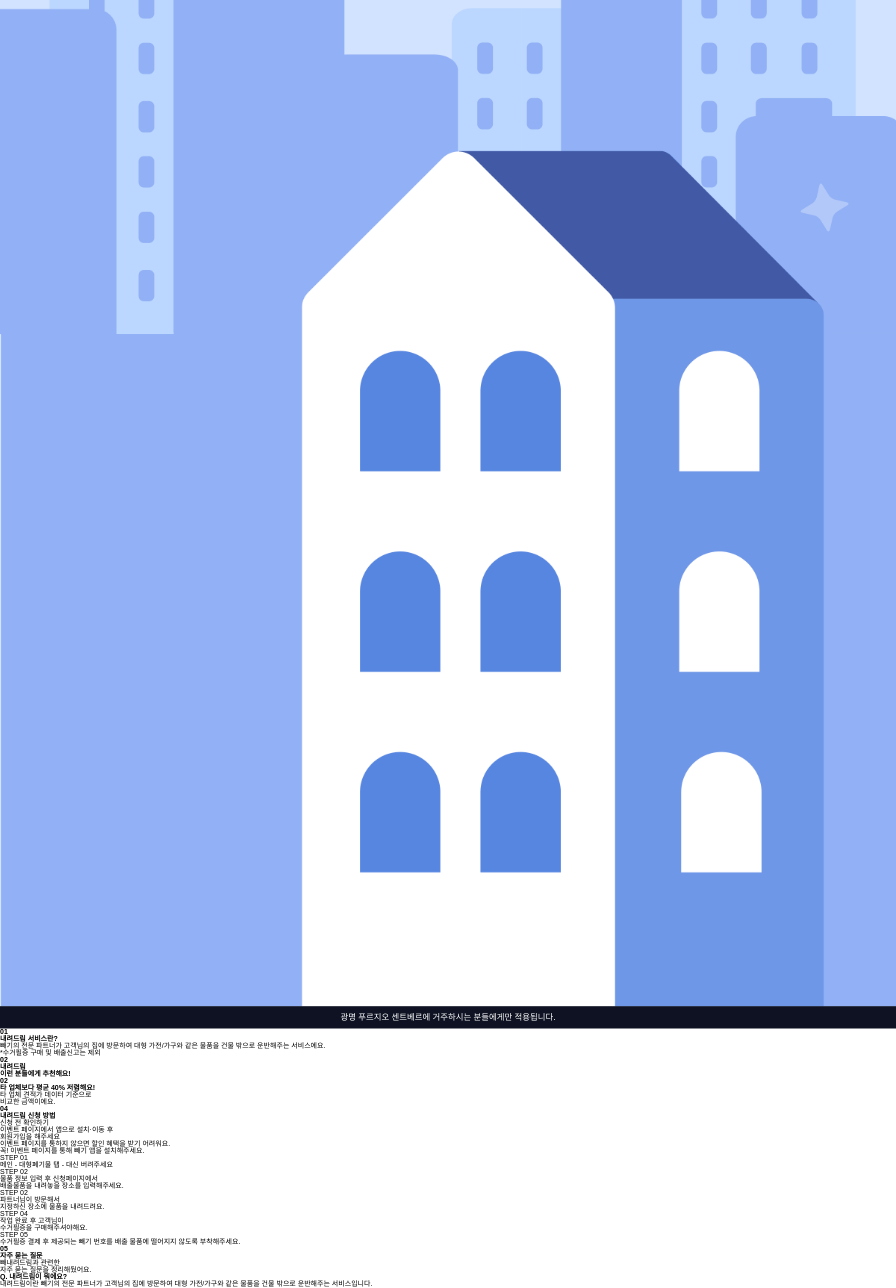
Repository: seraLeeDev/lgthinq-test
Page: index2.html
The author's editor kept a copy of each file at every save. The page is drawn from the files as they stood at one save, then again after the next save.
The browser window is 1280 px wide. The pictures show the part of the page from y = 2005 to 3925 px (the page is 3845 px tall before and 3925 px after), at 70% of full size.
Some web fonts or font styles are not loaded; a fallback is used.

Above is the page before, as saved 2023-03-14 11:53:21.
Console error: ReferenceError: AOS is not defined

After the next save:
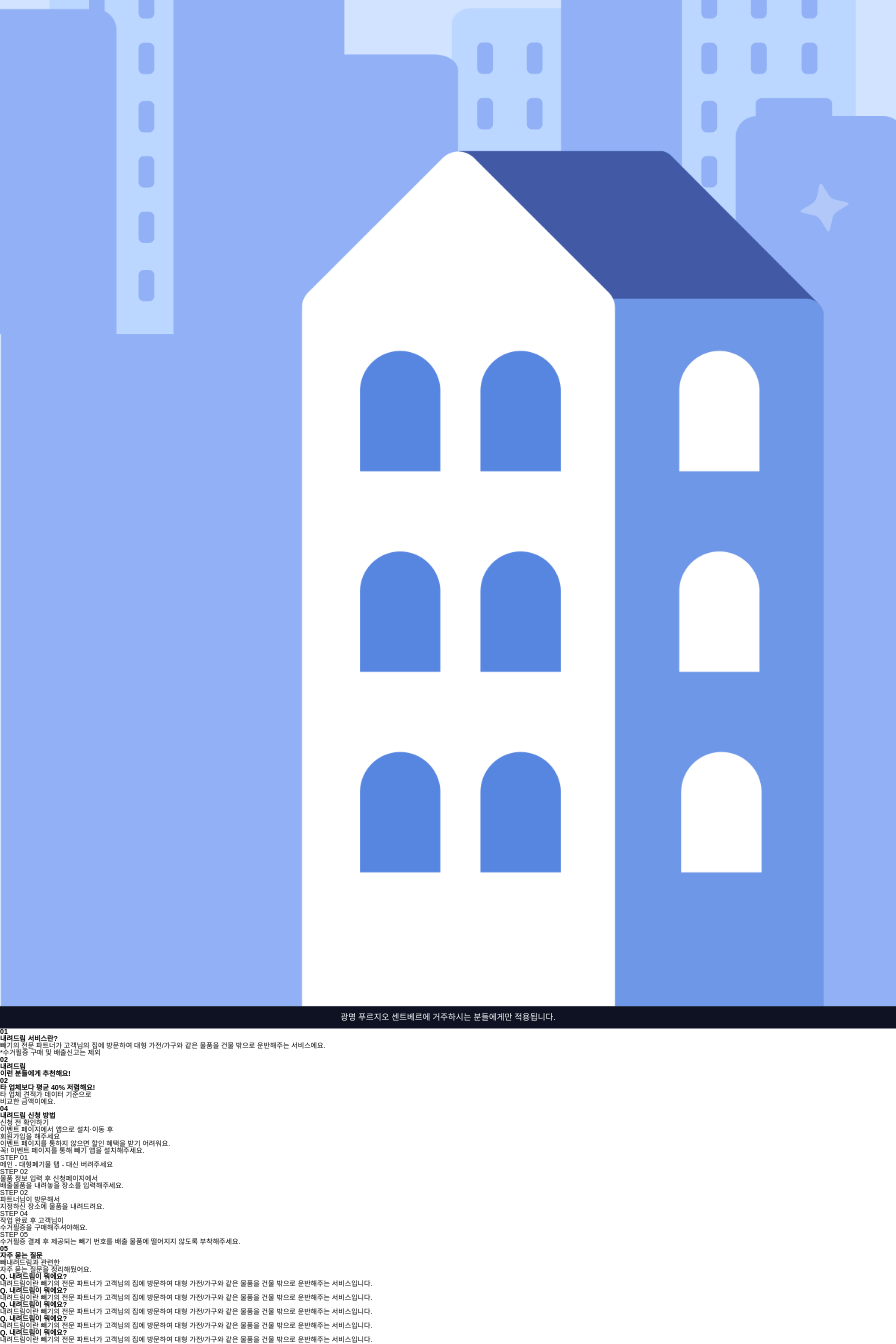
Saved 17 s later.
--- a/index2.html
+++ b/index2.html
@@ -206,6 +206,46 @@
                 </div>
               </div>
             </li>
+            <li>
+              <div>
+                <h5>Q. 내려드림이 뭐에요?</h5>
+                <i></i>
+                <div>
+                  내려드림이란 빼기의 전문 파트너가 고객님의 집에 방문하여 대형
+                  가전/가구와 같은 물품을 건물 밖으로 운반해주는 서비스입니다.
+                </div>
+              </div>
+            </li>
+            <li>
+              <div>
+                <h5>Q. 내려드림이 뭐에요?</h5>
+                <i></i>
+                <div>
+                  내려드림이란 빼기의 전문 파트너가 고객님의 집에 방문하여 대형
+                  가전/가구와 같은 물품을 건물 밖으로 운반해주는 서비스입니다.
+                </div>
+              </div>
+            </li>
+            <li>
+              <div>
+                <h5>Q. 내려드림이 뭐에요?</h5>
+                <i></i>
+                <div>
+                  내려드림이란 빼기의 전문 파트너가 고객님의 집에 방문하여 대형
+                  가전/가구와 같은 물품을 건물 밖으로 운반해주는 서비스입니다.
+                </div>
+              </div>
+            </li>
+            <li>
+              <div>
+                <h5>Q. 내려드림이 뭐에요?</h5>
+                <i></i>
+                <div>
+                  내려드림이란 빼기의 전문 파트너가 고객님의 집에 방문하여 대형
+                  가전/가구와 같은 물품을 건물 밖으로 운반해주는 서비스입니다.
+                </div>
+              </div>
+            </li>
           </ul>
         </section>
       </article>
